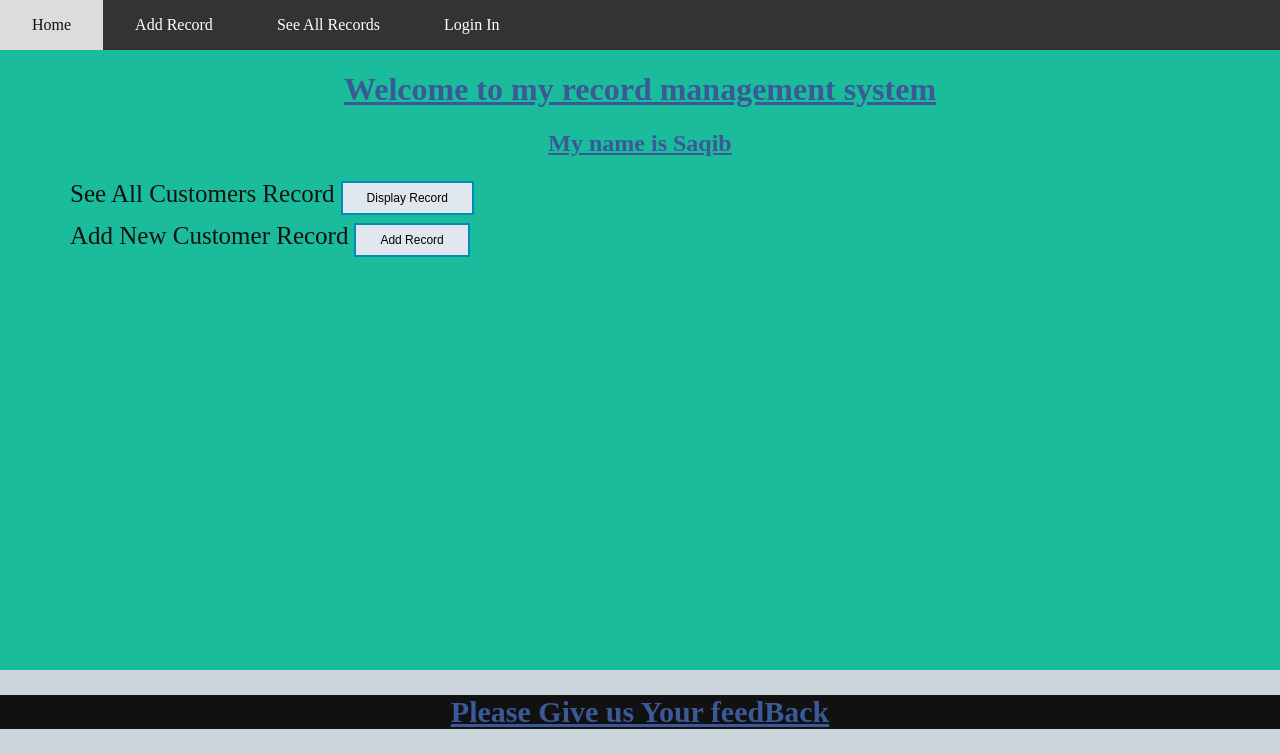
Repository: MUHAMMAD-SAQIB-2000/SpringBoot
Page: http://localhost/WebServiceRecordManagementSystem/home.jsp
These files come from the project's save history. The page is drawn as it stood at one moment and after the next save; the edit follows.
The browser window is 1280 px wide. The pictures show the whole page.
The page is served by Tomcat 9. Other server files are loaded and not shown.

Above is the page before, as saved 2020-08-12 13:30:30.

### WebServiceRecordManagementSystem/src/main/webapp/home.jsp
<%@ page language="java" contentType="text/html; charset=ISO-8859-1"
	pageEncoding="ISO-8859-1"%>
<!DOCTYPE html>
<html>
<head>
<meta charset="ISO-8859-1">
<title>Record Management System</title>
<link rel="stylesheet" href="style.css">
</head>
<body>
	<div>
		<ul>
			<li><a class="active" href="#home">Home</a></li>
			<li><a href="#news">Add Record</a></li>
			<li><a href="#contact">See All Records</a></li>
			<li><a href="#about">Login In</a></li>
		</ul>
	</div>

	<div class="mainBody">

		<h1 class="h">Welcome to my record management system</h1>
		<h2 class="h">My name is Saqib</h2>
		<div class="form">
			<label class="title">See All Customers Record</label>
			<button class="button button2"
				onclick="window.location.href = 'displayAllCustomers' ">Display
				Record</button>
			<br> <label class="title">Add New Customer Record</label>
			<button class="button button2"
				onclick="window.location.href = 'addCustomerForm' ">Add
				Record</button>
		</div>
	</div>
	<footer class="foter">
		<h2 class="h">Please Give us Your feedBack</h2>
	</footer>
</body>
</html>

### WebServiceRecordManagementSystem/src/main/webapp/style.css
@charset "ISO-8859-1";

body {
	margin: 0px;
	padding: 0px;
	background-color: #CCD6DD;
}

ul {
	list-style-type: none;
	margin: 0;
	padding: 0;
	overflow: hidden;
	background-color: #333;
	position: fixed;
	top: 0;
	width: 100%;
}

li {
	float: left;
}

li a {
	display: block;
	color: white;
	text-align: center;
	padding: 16px 32px;
	text-decoration: none;
	font-size:16px;
}

li a:hover {
	background-color: 	#DCDCDC;
	color:#111;
}

.active {
	background-color: #4CAF50;
}
.mainBody{
	padding:20px;
	margin-top:30px;
	background-color:#1abc9c;
	height:600px;
}

.h {
	color: #3B5998;
	text-align: center;
	text-decoration: underline;
}

table, th, td {
	background-color: #E1E8ED;
	color: #111;
	text-align: center;
	border: 2px solid #008CBA;
	margin: 10px;
	padding: 5px;
}

th:hover, td:hover {
	border: 2px solid #111;
	background-color: #008CBA;
	color: white;
	transition-duration: 0.4s;
}

.tableCSS {
	background-color: #E1E8ED;
	color: #111;
	margin: 5% 22%;
}

.button {
	border: none;
	color: white;
	padding: 8px 24px;
	text-align: center;
	text-decoration: none;
	display: inline-block;
	font-size: 12px;
	margin: 4px 2px;
	transition-duration: 0.4s;
	cursor: pointer;
}

.button2 {
	background-color: #E1E8ED;
	color: black;
	border: 2px solid #008CBA;
}

.button2:hover {
	background-color: #008CBA;
	color: white;
}

.form {
	text-align: left;
	margin-left: 50px;
}

form {
	width: 100%;
	padding: 12px 20px;
	margin: 8px 0;
	box-sizing: border-box;
}

.title {
	font-size: 25px;
	color: #111;
}

.inputForm {
	width: 30%;
	padding: 10px 18px;
	margin: 6px 0;
	box-sizing: border-box;
	background-color: #F7F7F7;
	color: #111;
}

radiobutton {
	size: 10px;
}

option:hover {
	background-color: #008CBA;
	color: white;
}

a {
	text-decoration: none;
	color: #111;
}

a:hover {
	color: #fff;
	font-size: 16px;
}
.foter{
	background-color: #111;
	color:#fff;
	font-size:20px;
	height:100%;
}

After the next save:
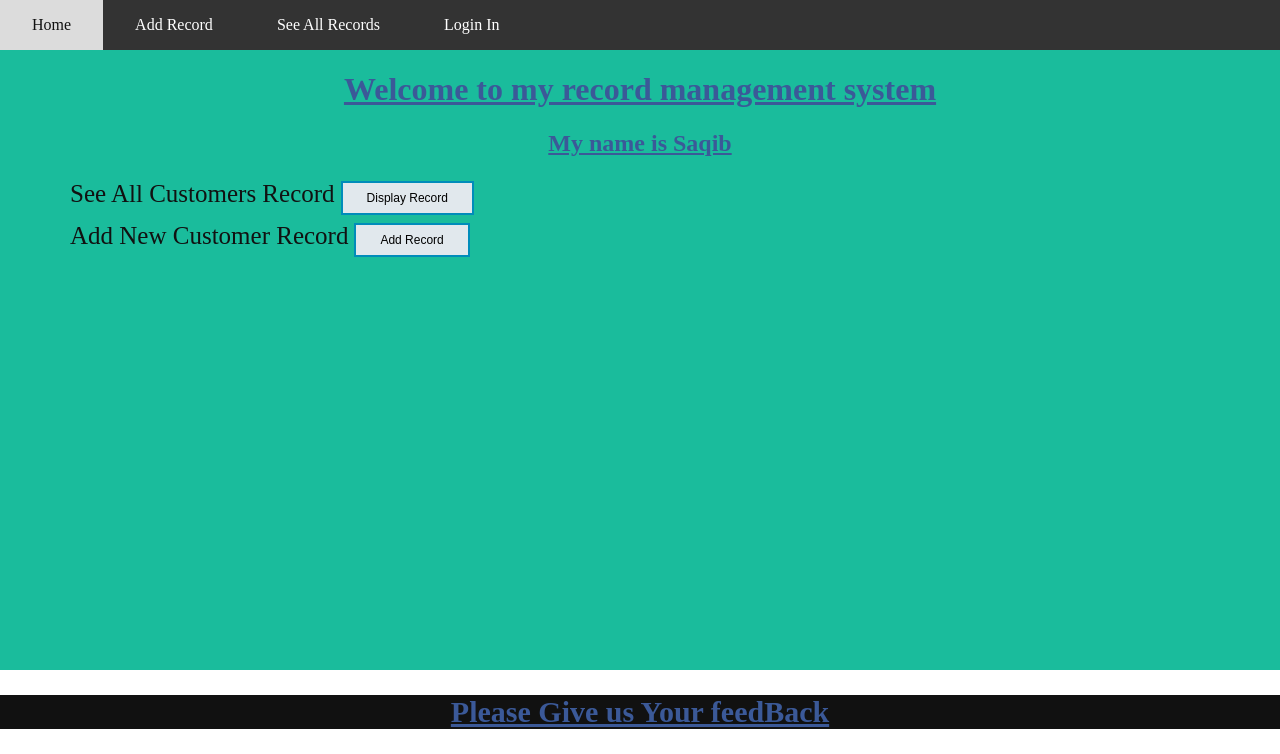
Saved 11 s later.
--- a/WebServiceRecordManagementSystem/src/main/webapp/style.css
+++ b/WebServiceRecordManagementSystem/src/main/webapp/style.css
@@ -3,7 +3,6 @@
 body {
 	margin: 0px;
 	padding: 0px;
-	background-color: #CCD6DD;
 }
 
 ul {
